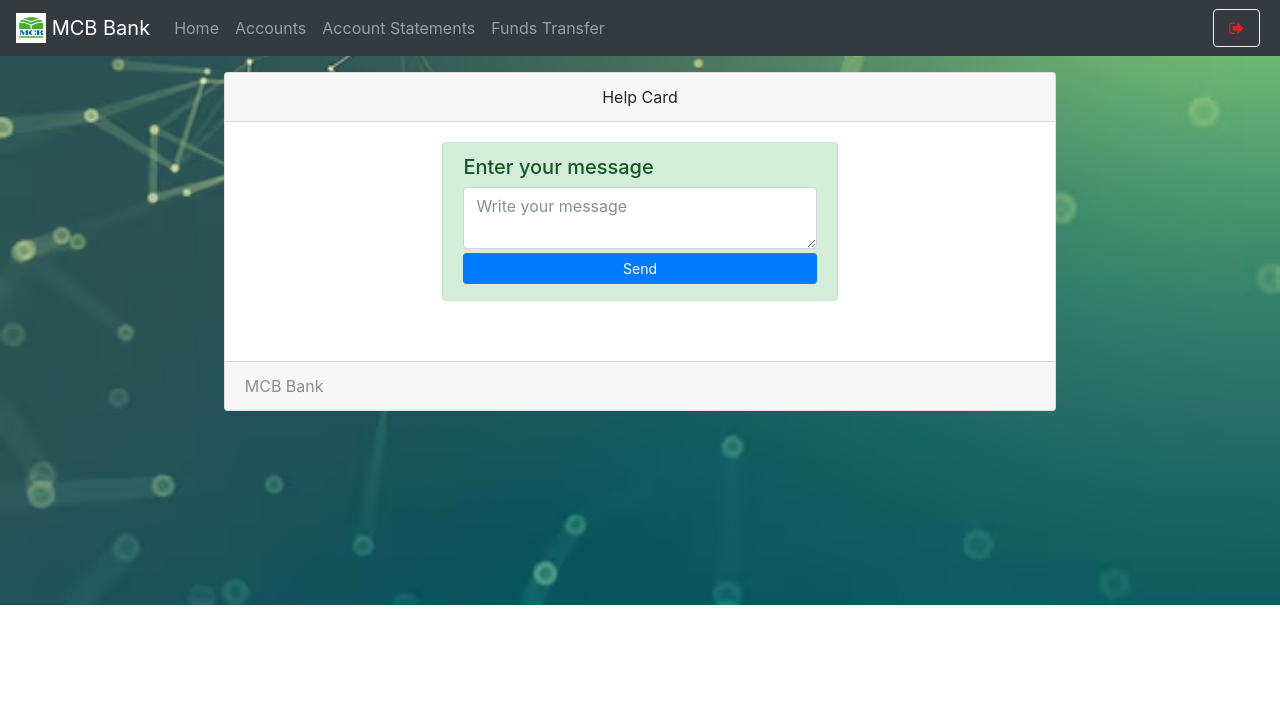
Repository: mhbshimla/my-bank
Page: http://localhost/feedback.php
The author's editor kept a copy of each file at every save. The page is drawn from the files as they stood at one save, then again after the next save.
The browser window is 1280 px wide. The pictures show the whole page.
The page is run by PHP 8.4 with error messages shown; the project is at /var/www/html/. The session is filled in as if someone had signed in: {"userId": 2, "user": {"id": 2, "email": "some2@gmail.com", "name": "Ali khan", "balance": 56000, "nid": "3210375555343", "number": "03356910260", "city": "Islamabad", "address": "Some where in isb", "source": "Programmer", "accountNo": 10054777, "branch": 1, "accountType": "Saving", "date": "2017-12-14 04:50:06"}, "cashId": 2, "managerId": 2}. Other server files are loaded and not shown. The database holds what the project's SQL file puts in it.

Above is the page before, as saved 2025-10-13 21:55:54.

### feedback.php

<?php
session_start();
if(!isset($_SESSION['userId'])){ header('location:login.php');}
?>
<!DOCTYPE html>
<html>
<head>
  <title>Banking</title>
  <?php require 'assets/autoloader.php'; ?>
  <?php require 'assets/db.php'; ?>
  <?php require 'assets/function.php'; ?>
  <?php
    $error = "";
    if (isset($_POST['userLogin']))
    {
      $error = "";
        $user = $_POST['email'];
        $pass = $_POST['password'];

        $result = $con->query("select * from userAccounts where email='$user' AND password='$pass'");
        if($result->num_rows>0)
        {
          session_start();
          $data = $result->fetch_assoc();
          $_SESSION['userId']=$data['id'];
          $_SESSION['user'] = $data;
          header('location:index.php');
         }
        else
        {
          $error = "<div class='alert alert-warning text-center rounded-0'>Username or password wrong try again!</div>";
        }
    }

   ?>
</head>
<!-- <body style="background:#96D678;background-size: 100%"> -->
<body style="background: url('images/maddaccount-bg.jpg') no-repeat center center; background-size: cover;">
<nav class="navbar navbar-expand-lg navbar-dark bg-dark fixed-top">
 <a class="navbar-brand" href="#">
    <img src="images/logo.png" width="30" height="30" class="d-inline-block align-top" alt="">
   <!--  <i class="d-inline-block  fa fa-building fa-fw"></i> --><?php echo bankName; ?>
  </a>
  <button class="navbar-toggler" type="button" data-toggle="collapse" data-target="#navbarSupportedContent" aria-controls="navbarSupportedContent" aria-expanded="false" aria-label="Toggle navigation">
    <span class="navbar-toggler-icon"></span>
  </button>

  <div class="collapse navbar-collapse" id="navbarSupportedContent">
    <ul class="navbar-nav mr-auto">
      <li class="nav-item ">
        <a class="nav-link " href="index.php">Home <span class="sr-only">(current)</span></a>
      </li>
      <li class="nav-item ">  <a class="nav-link" href="accounts.php">Accounts</a></li>
      <li class="nav-item ">  <a class="nav-link" href="statements.php">Account Statements</a></li>
      <li class="nav-item ">  <a class="nav-link" href="transfer.php">Funds Transfer</a></li>
      <!-- <li class="nav-item ">  <a class="nav-link" href="profile.php">Profile</a></li> -->


    </ul>
    <?php include 'sideButton.php'; ?>
  </div>
</nav><br><br><br>
<div class="container">
  <div class="card  w-75 mx-auto">
  <div class="card-header text-center">
    Help Card
  </div>
  <div class="card-body">
      <form method="POST">
          <div class="alert alert-success w-50 mx-auto">
            <h5>Enter your message</h5>
            <textarea class="form-control" name="msg" required placeholder="Write your message"></textarea>
            <button type="submit" name="send" class="btn btn-primary btn-block btn-sm my-1">Send</button>
          </div>
      </form>

    <br>

    <?php
    if (isset($_POST['send']))
    {
      if ($con->query("insert into feedback (message,userId) values ('$_POST[msg]','$_SESSION[userId]')")) {
        echo "<div class='alert alert-success'>Successfully send</div>";
      }else
      echo "<div class='alert alert-danger'>Not sent Error is:".$con->error."</div>";
    }

    ?>
  </div>
  <div class="card-footer text-muted">
   <?php echo bankName ?>
  </div>
</div>

</div>
</body>
</html>

### assets/autoloader.php

<link rel="stylesheet" type="text/css" href="css/bootstrap.min.css">
<link rel="stylesheet" type="text/css" href="css/custom.css">
<link rel="stylesheet" type="text/css" href="font-awesome/css/font-awesome.min.css">
<script src='js/jquery-3.2.1.min.js'></script>
<script src='js/popper.min.js'></script>
<script src='js/bootstrap.min.js'></script>

### assets/db.php
<?php
if (session_status() === PHP_SESSION_NONE) {
    session_start();
}

// ✅ Auto-switch between localhost and InfinityFree
if (in_array($_SERVER['SERVER_NAME'], ['localhost', '127.0.0.1'])) {
    // Localhost (XAMPP/WAMP)
    $con = new mysqli('localhost', 'root', '', 'mybank');
} else {
    // InfinityFree (Live Hosting)
    $con = new mysqli('sql100.infinityfree.com', 'if0_40476525', 'banK12345', 'if0_40476525_mybank');
}

// ✅ Connection check
if ($con->connect_error) {
    die("Database connection failed: " . $con->connect_error);
}

// ✅ Bank name constant
define('bankName', 'MCB Bank');

// ✅ Fetch user data safely if logged in
$userData = null;
if (isset($_SESSION['userId'])) {
    $stmt = $con->prepare("
        SELECT *
        FROM userAccounts
        JOIN branch ON userAccounts.branch = branch.branchId
        WHERE userAccounts.id = ?
    ");
    if ($stmt) {
        $stmt->bind_param("i", $_SESSION['userId']);
        $stmt->execute();
        $result   = $stmt->get_result();
        $userData = $result->fetch_assoc();
        $stmt->close();
    }
}
?>
<!-- Tooltip initialization -->
<script type="text/javascript">
$(function () {
  $('[data-toggle="tooltip"]').tooltip();
});
</script>

### assets/function.php
<?php
function setBalance($amount,$process,$accountNo)
{
	$con = new mysqli('localhost','root','','mybank');
	$array = $con->query("select * from userAccounts where accountNo='$accountNo'");
	$row = $array->fetch_assoc();
	if ($process == 'credit')
	{
		$balance = $row['balance'] + $amount;
		return $con->query("update userAccounts set balance = '$balance' where accountNo = '$accountNo'");
	}else
	{
		$balance = $row['balance'] - $amount;
		return $con->query("update userAccounts set balance = '$balance' where accountNo = '$accountNo'");
	}
}
function setOtherBalance($amount,$process,$accountNo)
{
	$con = new mysqli('localhost','root','','mybank');
	$array = $con->query("select * from otheraccounts where accountNo='$accountNo'");
	$row = $array->fetch_assoc();
	if ($process == 'credit')
	{
		$balance = $row['balance'] + $amount;
		return $con->query("update otheraccounts set balance = '$balance' where accountNo = '$accountNo'");
	}else
	{
		$balance = $row['balance'] - $amount;
		return $con->query("update otheraccounts set balance = '$balance' where accountNo = '$accountNo'");
	}
}
function makeTransaction($action,$amount,$other)
{
	$con = new mysqli('localhost','root','','mybank');
	if ($action == 'transfer')
	{
		return $con->query("insert into transaction (action,debit,other,userId) values ('transfer','$amount','$other','$_SESSION[userId]')");
	}
	if ($action == 'withdraw')
	{
		return $con->query("insert into transaction (action,debit,other,userId) values ('withdraw','$amount','$other','$_SESSION[userId]')");

	}
	if ($action == 'deposit')
	{
		return $con->query("insert into transaction (action,credit,other,userId) values ('deposit','$amount','$other','$_SESSION[userId]')");

	}
}
function makeTransactionCashier($action,$amount,$other,$userId)
{
	$con = new mysqli('localhost','root','','mybank');
	if ($action == 'transfer')
	{
		return $con->query("insert into transaction (action,debit,other,userId) values ('transfer','$amount','$other','$userId')");
	}
	if ($action == 'withdraw')
	{
		return $con->query("insert into transaction (action,debit,other,userId) values ('withdraw','$amount','$other','$userId')");

	}
	if ($action == 'deposit')
	{
		return $con->query("insert into transaction (action,credit,other,userId) values ('deposit','$amount','$other','$userId')");

	}
}
 ?>

### sideButton.php
<form class="form-inline my-2 my-lg-0">
        <!-- <a href="" class="btn btn-outline-success" data-toggle="tooltip" title="Your current Account Balance">Acount Balance : Rs.<?php echo $userData['balance']; ?></a>
        <a href="accounts.php" data-toggle="tooltip" title="Account Summary" class="btn btn-outline-primary mx-1" ><i class="fa fa-book fa-fw"></i></a>
        <a href="notice.php" data-toggle="tooltip" title="View Notice" class="btn btn-outline-primary mx-1" ><i class="fa fa-envelope fa-fw"></i></a>
        <a href="feedback.php" data-toggle="tooltip" title="Help?" class="btn btn-outline-info mx-1" ><i class="fa fa-question fa-fw"></i></a>-->
        <a href="logout.php" data-toggle="tooltip" title="Logout" class="btn btn-outline-danger mx-1" ><i class="fa fa-sign-out fa-fw"></i></a>
        <style>
.btn-outline-danger {
  color: #e91d1dff;
  border-color: #f6efefff;
  transition: all 0.3s ease;
}

.btn-outline-danger:hover {
  background-color: #e91d1dff;
  color: white;
  box-shadow: 0 0 10px rgba(96, 105, 26, 0.6);
}
</style>

</form>

### css/custom.css
.omit1{background: rgba(0,0,0,0.1);}
.omit2{background: rgba(0,0,0,0.2);}
.omit3{background: rgba(0,0,0,0.3);}
.omit4{background: rgba(0,0,0,0.4);}
.omit5{background: rgba(0,0,0,0.5);}
.omit6{background: rgba(0,0,0,0.6);}
.omit7{background: rgba(0,0,0,0.7);}
.omit8{background: rgba(0,0,0,0.8);}
.omit9{background: rgba(0,0,0,0.9);}

.shadowBlack{box-shadow: 2px 2px 11px black}
.shadowGreen{box-shadow: 2px 2px 11px green}
.shadowBlue{box-shadow: 2px 2px 11px blue}
.shadowWhite{box-shadow: 2px 2px 11px white}

### Database/mybank (1).sql (the tables this page reads)
CREATE TABLE `branch` (
  `branchId` int(11) NOT NULL,
  `branchNo` varchar(111) NOT NULL,
  `branchName` varchar(111) NOT NULL
) ENGINE=InnoDB DEFAULT CHARSET=latin1 COLLATE=latin1_swedish_ci;

INSERT INTO `branch` (`branchId`, `branchNo`, `branchName`) VALUES
(1, '100101', 'Dhaka'),
(2, '100102', 'Sylhet');

ALTER TABLE `branch`
  ADD PRIMARY KEY (`branchId`);

ALTER TABLE `branch`
  MODIFY `branchId` int(11) NOT NULL AUTO_INCREMENT, AUTO_INCREMENT=3;

CREATE TABLE `useraccounts` (
  `id` int(11) NOT NULL,
  `email` text NOT NULL,
  `password` text NOT NULL,
  `name` varchar(111) NOT NULL,
  `balance` varchar(111) NOT NULL,
  `nid` varchar(111) NOT NULL,
  `number` varchar(111) NOT NULL,
  `city` varchar(111) NOT NULL,
  `address` varchar(111) NOT NULL,
  `source` varchar(111) NOT NULL,
  `accountNo` varchar(111) NOT NULL,
  `branch` varchar(111) NOT NULL,
  `accountType` varchar(111) NOT NULL,
  `date` timestamp NOT NULL DEFAULT current_timestamp()
) ENGINE=InnoDB DEFAULT CHARSET=latin1 COLLATE=latin1_swedish_ci;

INSERT INTO `useraccounts` (`id`, `email`, `password`, `name`, `balance`, `nid`, `number`, `city`, `address`, `source`, `accountNo`, `branch`, `accountType`, `date`) VALUES
(2, 'some2@gmail.com', 'some2', 'Ali khan', '56000', '3210375555343', '03356910260', 'Islamabad', 'Some where in isb', 'Programmer', '10054777', '1', 'Saving', '2017-12-14 04:50:06'),
(6, 'realx4rd@gmail.com', 'afsdfasd', 'Fayyaz Khan', '234234', '3240338834902', '03356910260', 'Taunsa', 'Dera Ghazi Khan', 'Govt. job', '1513410739', '1', 'saving', '2017-12-16 07:52:40'),
(7, 'realx4rd@gmail.com', 'safsadf', 'Fayyaz Khan', '12121', '3240338834902', '03356910260', 'Taunsa', 'Dera Ghazi Khan', 'Govt. job', '1513410837', '1', 'current', '2017-12-16 07:54:18'),
(8, 'uracc@gmail.com', 'uracc', 'uracc', '500', '1', '01890040951', 'sylhet', 'south surma,sylhet', 'business', '1755446085', '1', 'current', '2025-08-17 15:56:42'),
(10, 'sjahan@gmail.com', 'sjahan', 'shuborna', '9993565', '1', '01562536474', 'dhaka', 'north south surma', 'business', '1757345500', '2', 'saving', '2025-09-08 15:35:00'),
(11, 'ayana10@gmail.com', 'ayana10', 'Ayana Hussain', '13000000', '205364253', '01853462422', 'sylhet', 'south surma,sylhet', 'business', '1760365343', '2', 'saving', '2025-10-13 14:24:20'),
(12, 'shimla09@gmail.com', 'shimla09', 'shimla', '14390244', '4235345666', '01853524345', 'sylhet', 'south surma,sylhet', 'job', '1760416459', '1', 'current', '2025-10-14 04:36:47'),
(13, 'arib05@gmail.com', 'arib05', 'arib', '2476544', '1234414302', '01804414302', 'Sylhet', 'South Surma, Sylhet-3100', 'business', '1762611572', '2', 'saving', '2025-11-08 14:22:38');

ALTER TABLE `useraccounts`
  ADD PRIMARY KEY (`id`);

ALTER TABLE `useraccounts`
  MODIFY `id` int(11) NOT NULL AUTO_INCREMENT, AUTO_INCREMENT=14;

Loaded but not shown: css/bootstrap.min.css (library); font-awesome/css/font-awesome.min.css (library); js/jquery-3.2.1.min.js (library); js/popper.min.js (library); js/bootstrap.min.js (library)

After the next save:
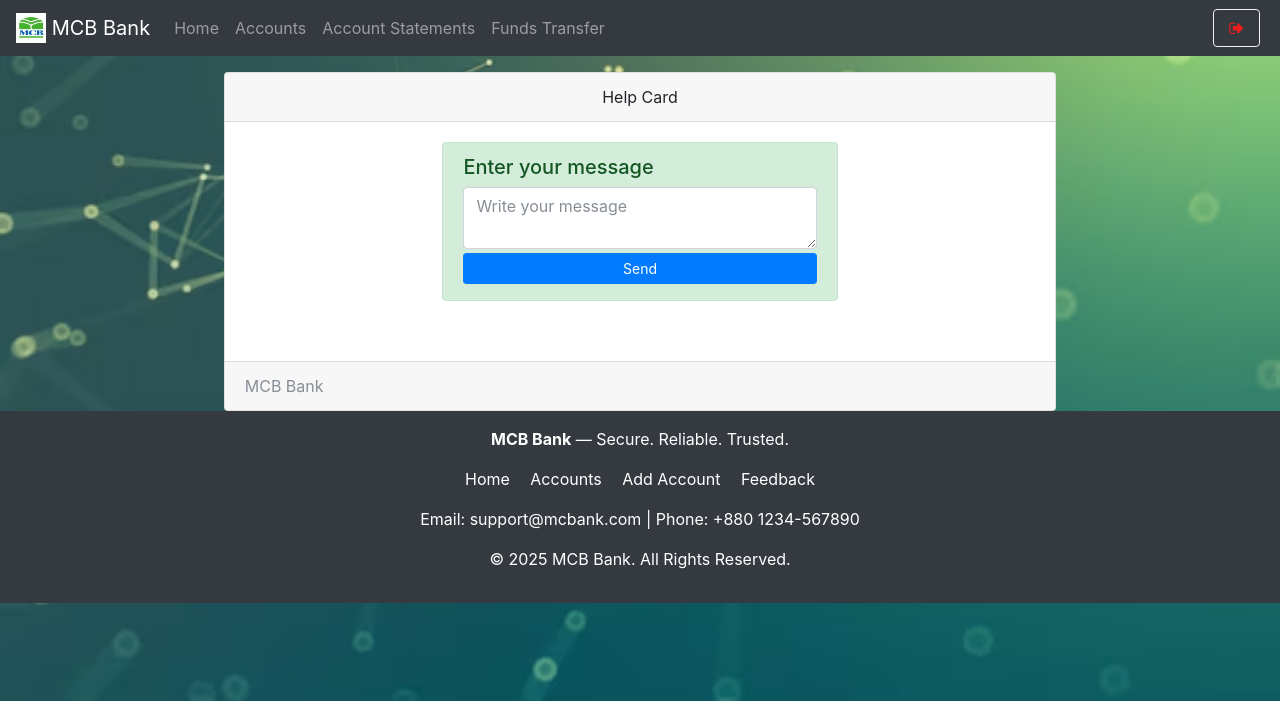
Saved 25 s later.
--- a/feedback.php
+++ b/feedback.php
@@ -92,7 +92,19 @@
    <?php echo bankName ?>
   </div>
 </div>
-
 </div>
+<footer class="bg-dark text-white text-center py-3">
+  <div class="container">
+    <p><strong>MCB Bank</strong> — Secure. Reliable. Trusted.</p>
+    <p>
+      <a href="mindex.php" class="text-white mx-2">Home</a>
+      <a href="maccounts.php" class="text-white mx-2">Accounts</a>
+      <a href="maddnew.php" class="text-white mx-2">Add Account</a>
+      <a href="mfeedback.php" class="text-white mx-2">Feedback</a>
+    </p>
+    <p>Email: support@mcbank.com | Phone: +880 1234-567890</p>
+    <p>&copy; <?php echo date("Y"); ?> MCB Bank. All Rights Reserved.</p>
+  </div>
+</footer>
 </body>
 </html>
